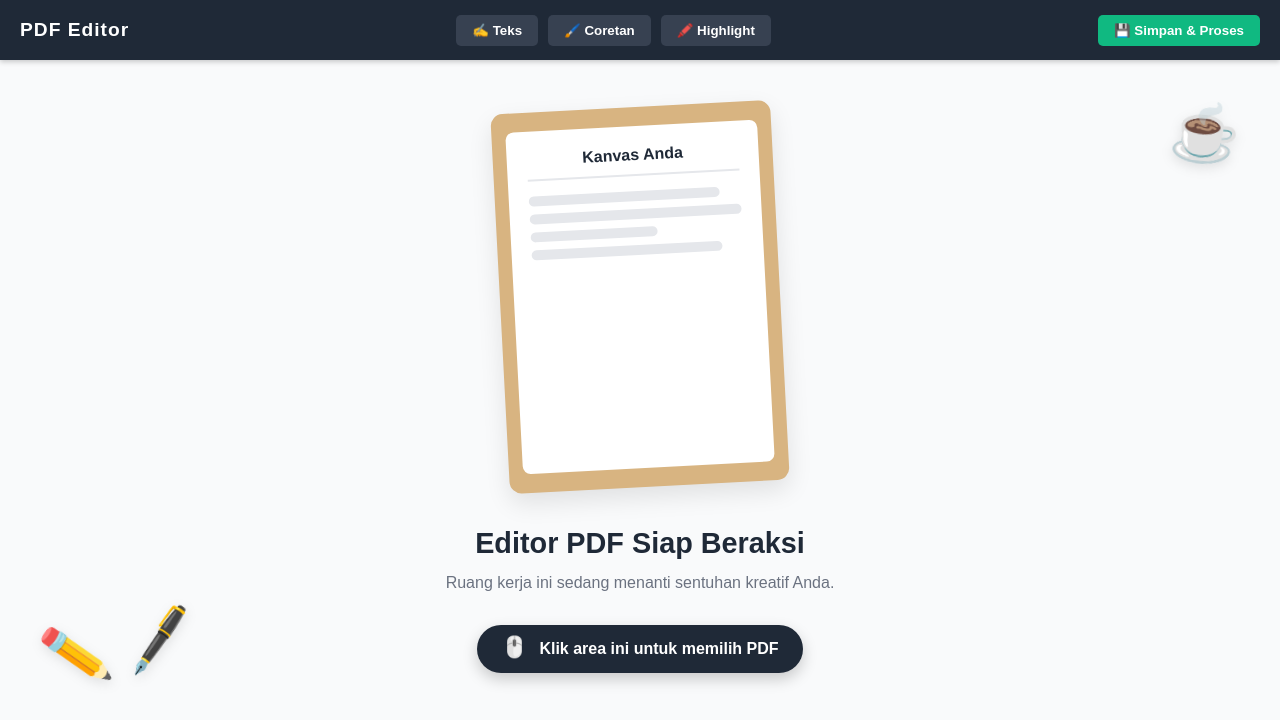
Repository: IkhsanMoekhtar/pdf_editor
Page: /
An editor plug-in stored every save of this project. The page is shown before and after the next save, followed by the edit.
The browser window is 1280 px wide. The pictures show the whole page.
The project was rebuilt for these pictures with package versions that can differ from the ones it lists, and the page was loaded fresh each time. Also part of the build but not shown: vite.config.js.

Above is the page before, as saved 2026-03-18 04:56:19.

### index.html
<!doctype html>
<html lang="en">
  <head>
    <meta charset="UTF-8" />
    <link rel="icon" type="image/svg+xml" href="/favicon.svg" />
    <meta name="viewport" content="width=device-width, initial-scale=1.0" />
    <title>frontend-pdf</title>
  </head>
  <body>
    <div id="root"></div>
    <script type="module" src="/src/main.jsx"></script>
  </body>
</html>

### src/index.css
/* --- CSS RESET GLOBAL --- */

/* Tanda bintang (*) artinya menerapkan aturan ini ke SEMUA elemen di website */
* {
  margin: 0;
  padding: 0;
  box-sizing: border-box; /* Memastikan padding tidak menambah lebar elemen */
}

/* Memaksa elemen dasar website untuk mengambil 100% layar tanpa sisa */
html, body, #root {
  width: 100%;
  height: 100%;
  background-color: #f3f4f6; /* Warna latar belakang aplikasi kita */
}

/* Menghilangkan font default yang kaku */
body {
  font-family: Inter, system-ui, Avenir, Helvetica, Arial, sans-serif;
  -webkit-font-smoothing: antialiased;
}

### src/App.jsx
import React, { useState, useRef } from 'react';
import './App.css';

function App() {
  const [pdfFile, setPdfFile] = useState(null);
  const [activeTool, setActiveTool] = useState(null);

  // Membuat referensi untuk elemen input file yang disembunyikan
  const fileInputRef = useRef(null);

  const handleFileUpload = (event) => {
    const file = event.target.files[0];
    if (file && file.type === 'application/pdf') {
      const fileUrl = URL.createObjectURL(file);
      setPdfFile(fileUrl);
    } else {
      alert("Mohon unggah file dengan format PDF.");
    }
  };

  const handleToolClick = (toolName) => {
    setActiveTool(toolName);
    if (toolName === 'save') {
      alert("Mempersiapkan data untuk dikirim ke backend Golang!");
      setActiveTool(null);
    }
  };

  // Fungsi yang dijalankan saat area kosong diklik
  const triggerUpload = () => {
    fileInputRef.current.click(); // Memicu klik pada input file yang asli
  };

  return (
    <div className="app-container">

      {/* --- TOPBAR: Menu Editing Utama --- */}
      <header className="topbar">
        <div className="brand">
          <strong>PDF Editor</strong>
        </div>

        <div className="tools-group">
          <button className={`tool-btn ${activeTool === 'text' ? 'active' : ''}`} onClick={() => handleToolClick('text')}>
            ✍️ Teks
          </button>
          <button className={`tool-btn ${activeTool === 'draw' ? 'active' : ''}`} onClick={() => handleToolClick('draw')}>
            🖌️ Coretan
          </button>
          <button className={`tool-btn ${activeTool === 'highlight' ? 'active' : ''}`} onClick={() => handleToolClick('highlight')}>
            🖍️ Highlight
          </button>
        </div>

        <button className="tool-btn save-btn" onClick={() => handleToolClick('save')}>
          💾 Simpan & Proses
        </button>
      </header>

      {/* --- AREA KERJA UTAMA --- */}
      <main className="workspace">
        <div className="viewer-container">
          {pdfFile ? (
            <iframe
              src={pdfFile}
              width="100%"
              height="100%"
              title="PDF Viewer"
              style={{ border: 'none' }}
            />
          ) : (
            // --- AREA KOSONG (KLIK UNTUK UPLOAD) ---
            // Tambahkan event onClick ke kontainer utama
            <div className="empty-state desktop-scene" onClick={triggerUpload}>

              {/* INPUT FILE TERSEMBUNYI */}
              <input
                type="file"
                accept="application/pdf"
                style={{ display: 'none' }}
                ref={fileInputRef}
                onChange={handleFileUpload}
              />

              {/* Dekorasi Papan Klip */}
              <div className="clipboard">
                <div className="clipboard-paper">
                  <div className="clipboard-header">Kanvas Anda</div>
                  <div className="clipboard-content">
                    <div className="empty-line large"></div>
                    <div className="empty-line"></div>
                    <div className="empty-line medium"></div>
                    <div className="empty-line large"></div>
                  </div>
                </div>
              </div>

              {/* Dekorasi Meja */}
              <div className="desk-item coffee-cup">☕️</div>
              <div className="desk-item pens">✏️ 🖋️</div>

              {/* Pesan */}
              <div className="message-container">
                <h3>Editor PDF Siap Beraksi</h3>
                <p>Ruang kerja ini sedang menanti sentuhan kreatif Anda.</p>
              </div>

              {/* Petunjuk Memulai */}
              <div className="start-hint-pil">
                <span className="bouncy-arrow">🖱️</span> Klik area ini untuk memilih PDF
              </div>
            </div>
          )}
        </div>
      </main>
    </div>
  );
}

export default App;

### src/App.css
/* --- TATA LETAK UTAMA --- */
.app-container {
  display: flex;
  flex-direction: column;
  height: 100vh;
  font-family: sans-serif;
  background-color: #e5e7eb;
}

/* --- TOPBAR --- */
.topbar {
  display: flex;
  justify-content: space-between;
  align-items: center;
  background-color: #1f2937;
  color: white;
  padding: 10px 20px;
  height: 60px;
  box-shadow: 0 2px 5px rgba(0,0,0,0.2);
  z-index: 10;
}

.brand { font-size: 1.2rem; letter-spacing: 1px; }
.tools-group { display: flex; gap: 10px; }

.tool-btn {
  padding: 8px 16px;
  background-color: #374151;
  color: white;
  border: none;
  border-radius: 5px;
  cursor: pointer;
  font-weight: bold;
  transition: all 0.2s;
}

.tool-btn:hover { background-color: #4b5563; }
.tool-btn.active { background-color: #3b82f6; }
.save-btn { background-color: #10b981; }
.save-btn:hover { background-color: #059669; }

/* --- AREA KERJA UTAMA --- */
.workspace {
  flex: 1;
  display: flex;
  position: relative;
  overflow: hidden;
}

.viewer-container {
  width: 100%;
  height: 100%;
  background-color: #d1d5db;
  display: flex;
  justify-content: center;
  align-items: center;
}

/* --- DESAIN AREA KOSONG (KLIK UNTUK UPLOAD) --- */
.empty-state.desktop-scene {
  display: flex;
  flex-direction: column;
  align-items: center;
  justify-content: center;
  height: 100%;
  width: 100%;
  background-color: #f9fafb;
  position: relative;
  padding: 40px;
  overflow: hidden;
  cursor: pointer; /* Mengubah kursor menjadi tangan (menandakan bisa diklik) */
  transition: background-color 0.3s ease;
}

/* Sedikit penggelapan latar belakang saat area disorot mouse */
.empty-state.desktop-scene:hover {
  background-color: #9da070;
}

.clipboard {
  width: 280px; height: 380px;
  background-color: #d8b481;
  border-radius: 12px;
  box-shadow: 0 10px 25px rgba(0,0,0,0.1);
  transform: rotate(-3deg);
  position: relative;
  display: flex; align-items: center; justify-content: center;
  margin-bottom: 40px;
  transition: transform 0.3s ease;
}

.empty-state.desktop-scene:hover .clipboard {
  transform: rotate(0deg) scale(1.03);
}

.clipboard-paper {
  width: 90%; height: 90%; background-color: #ffffff;
  border-radius: 8px; padding: 20px;
  display: flex; flex-direction: column; gap: 15px;
}

.clipboard-header {
  font-weight: bold; color: #1f2937;
  border-bottom: 2px solid #e5e7eb; padding-bottom: 10px; text-align: center;
}

.clipboard-content { flex: 1; display: flex; flex-direction: column; gap: 8px; }
.empty-line { height: 10px; background-color: #e5e7eb; border-radius: 5px; }
.empty-line.large { width: 90%; }
.empty-line.medium { width: 60%; }

.desk-item { position: absolute; font-size: 3.5rem; filter: drop-shadow(0 4px 6px rgba(0,0,0,0.1)); }
.coffee-cup { top: 40px; right: 40px; transform: rotate(5deg); }
.pens { bottom: 40px; left: 40px; display: flex; gap: 10px; transform: rotate(-10deg); }

.message-container { text-align: center; max-width: 500px; margin-bottom: 30px; }
.message-container h3 { font-size: 1.8rem; color: #1f2937; font-weight: 700; margin-bottom: 10px; }
.message-container p { color: #6b7280; line-height: 1.6; }

.start-hint-pil {
  display: flex; align-items: center; gap: 12px;
  background-color: #1f2937; color: #ffffff;
  padding: 12px 24px; border-radius: 999px;
  font-weight: bold; box-shadow: 0 6px 15px rgba(0,0,0,0.2);
  transition: all 0.2s;
}

.empty-state.desktop-scene:hover .start-hint-pil {
  background-color: #3b82f6; /* Berubah menjadi biru saat disorot */
  transform: translateY(-2px);
}

/* Animasi Ikon Mouse bergerak naik turun */
.bouncy-arrow {
  display: inline-block;
  font-size: 1.3rem;
  animation: bounce-vertical-hint 1.5s infinite;
}

@keyframes bounce-vertical-hint {
  0%, 100% { transform: translateY(0); }
  50% { transform: translateY(-5px); }
}

Loaded but not shown: src/main.jsx (common file)

After the next save:
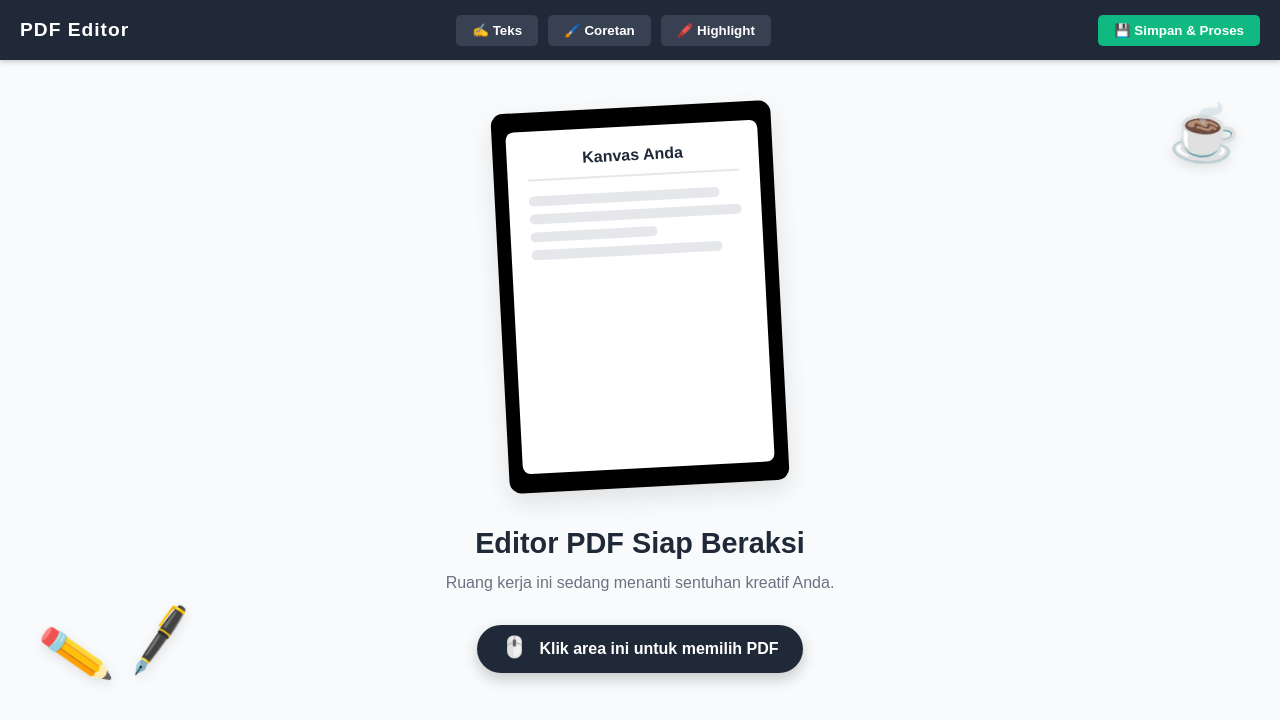
Saved 8 s later.
--- a/src/App.css
+++ b/src/App.css
@@ -79,7 +79,7 @@
 
 .clipboard {
   width: 280px; height: 380px;
-  background-color: #d8b481;
+  background-color: #000000;
   border-radius: 12px;
   box-shadow: 0 10px 25px rgba(0,0,0,0.1);
   transform: rotate(-3deg);
